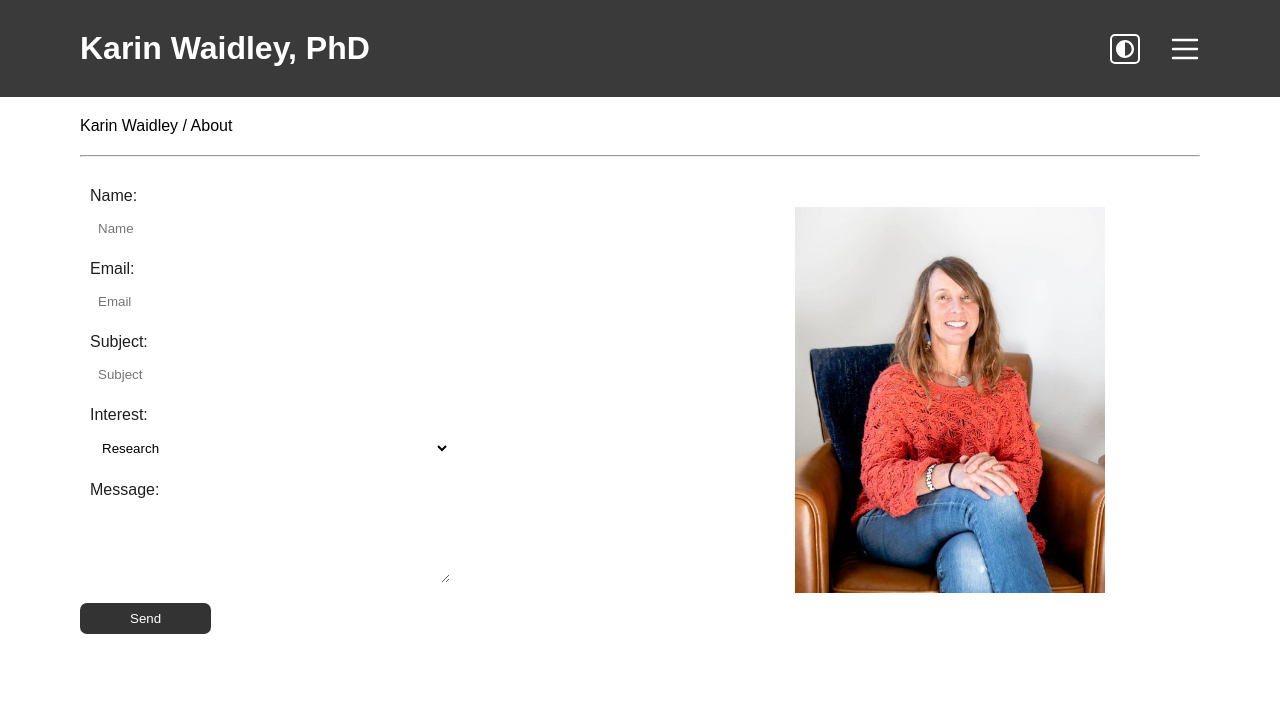
Repository: Ceasor7/Karin
Page: contact.html
An editor plug-in stored every save of this project. The page is shown before and after the next save, followed by the edit.
The browser window is 1280 px wide. The pictures show the whole page.

Above is the page before, as saved 2023-12-14 16:04:53.

After the next save:
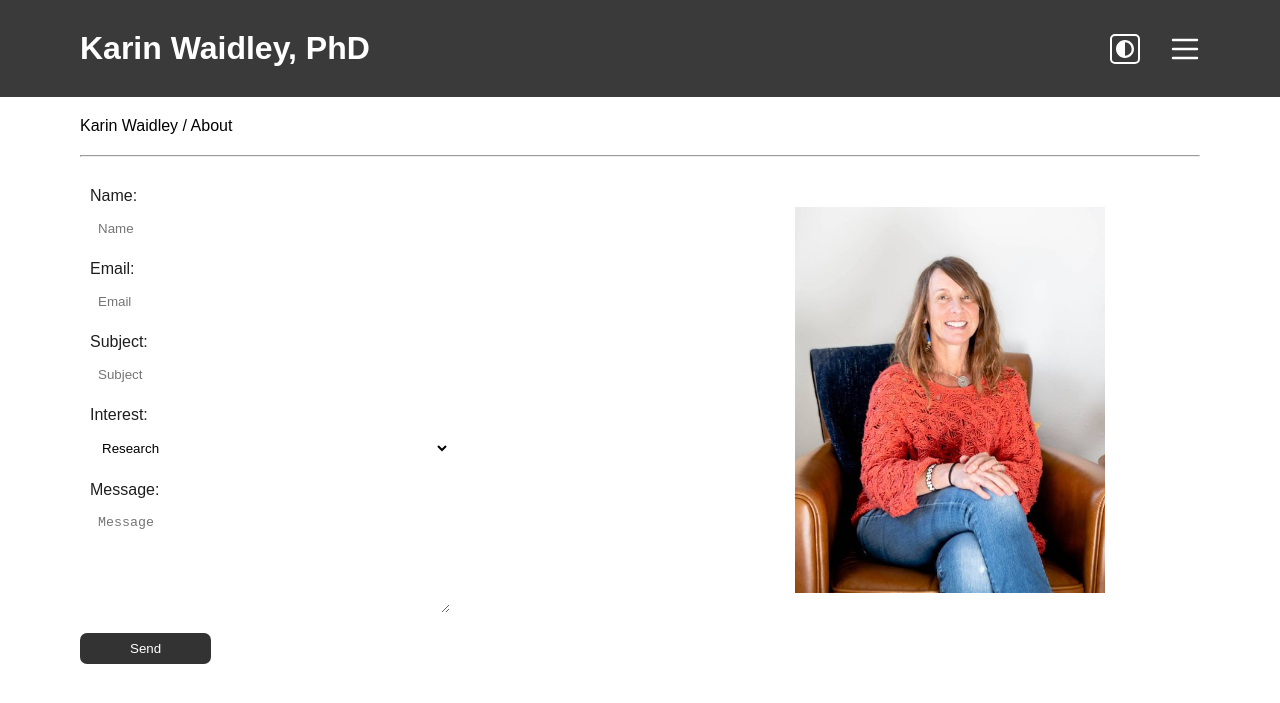
Saved 102 s later.
--- a/contact.html
+++ b/contact.html
@@ -211,7 +211,7 @@
                 </select>
 
                 <label for="message">Message:</label>
-                <textarea id="message" name="message" rows="4" required></textarea>
+                <textarea id="message" placeholder="Message" name="message" rows="6" required></textarea>
 
 
             </form>
